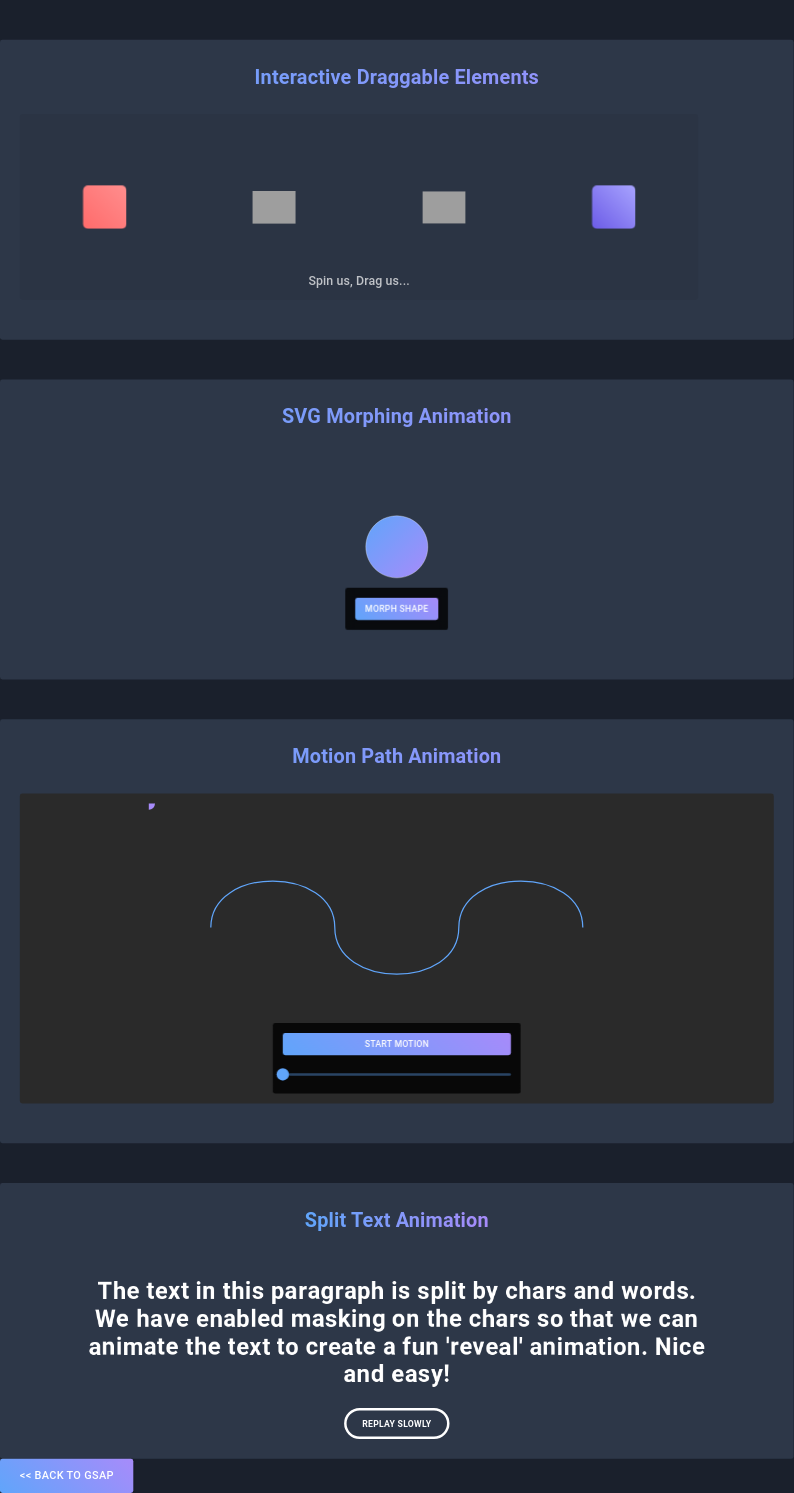
Repository: KovacsViktor/payloadcms-gsap-poc
Page: /gsap/demo
These files come from the project's save history. The page is drawn as it stood at one moment and after the next save; the edit follows.
The browser window is 1280 px wide. The pictures show the whole page, at 62% of full size.
Pictures or frames that could not be fetched are drawn as grey boxes. The project was rebuilt for these pictures with package versions that can differ from the ones it lists, and the page was loaded fresh each time. The framework's server and built-in components were replaced by stand-ins that run in the browser. Also part of the build but not shown: next.config.mjs, src/app/(frontend)/styles.css.

Above is the page before, as saved 2025-05-19 20:50:20.

After the next save:
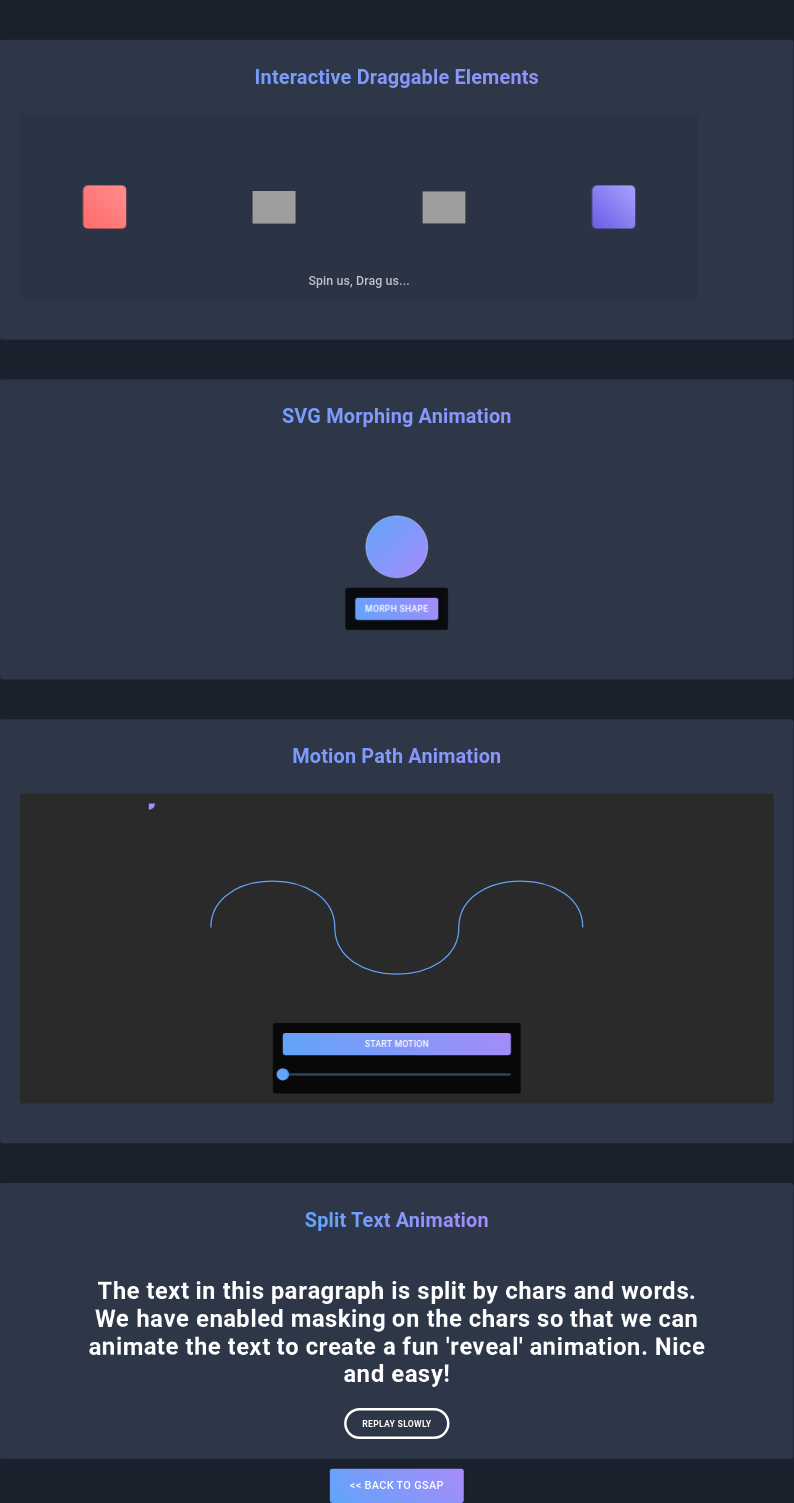
Saved 92 s later.
--- a/src/app/(frontend)/gsap/demo/GSAPSplitText.tsx
+++ b/src/app/(frontend)/gsap/demo/GSAPSplitText.tsx
@@ -147,11 +147,13 @@ export default function GSAPSplitTextDemo() {
         Replay Slowly
       </ReplayButton>
     </PlaygroundBox>
-    <NextLink href="/gsap/scroll">
-      <StyledButton variant="contained">
-        {'<<'} Back to GSAP
-      </StyledButton>
-    </NextLink>
+    <Box sx={{ display: 'flex', justifyContent: 'center', mt: 2 }}>
+      <NextLink href="/gsap/scroll">
+        <StyledButton variant="contained">
+          {'<<'} Back to GSAP
+        </StyledButton>
+      </NextLink>
+    </Box>
   </>
   );
 }
